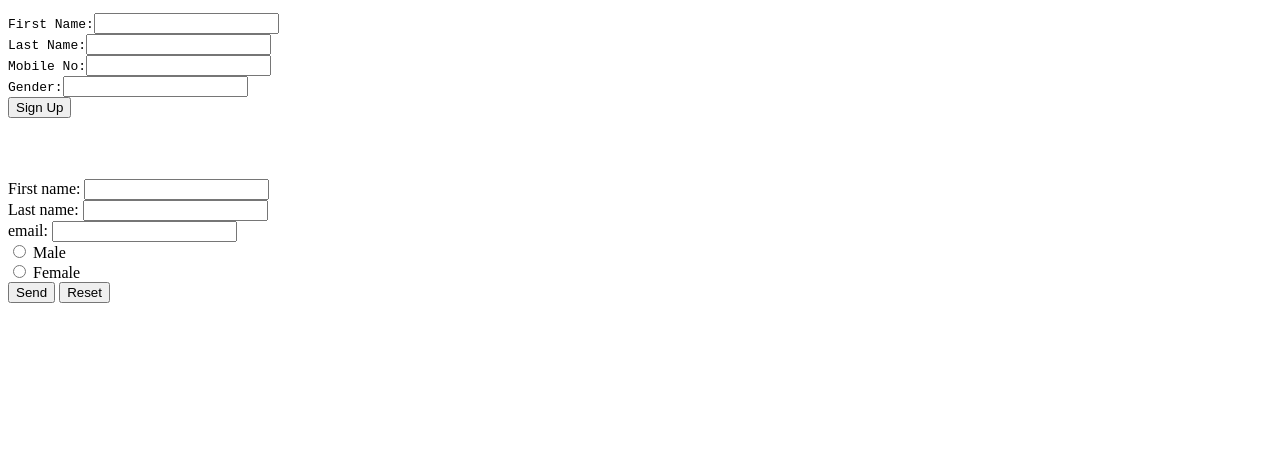
Repository: USChaurasiya/SpringCore
Page: http://localhost/SpringExample/
The author's editor kept a copy of each file at every save. The page is drawn from the files as they stood at one save, then again after the next save.
The browser window is 1280 px wide. The pictures show the whole page.
The page is served by Tomcat 9.

Above is the page before, as saved 2017-02-14 07:15:28.

After the next save:
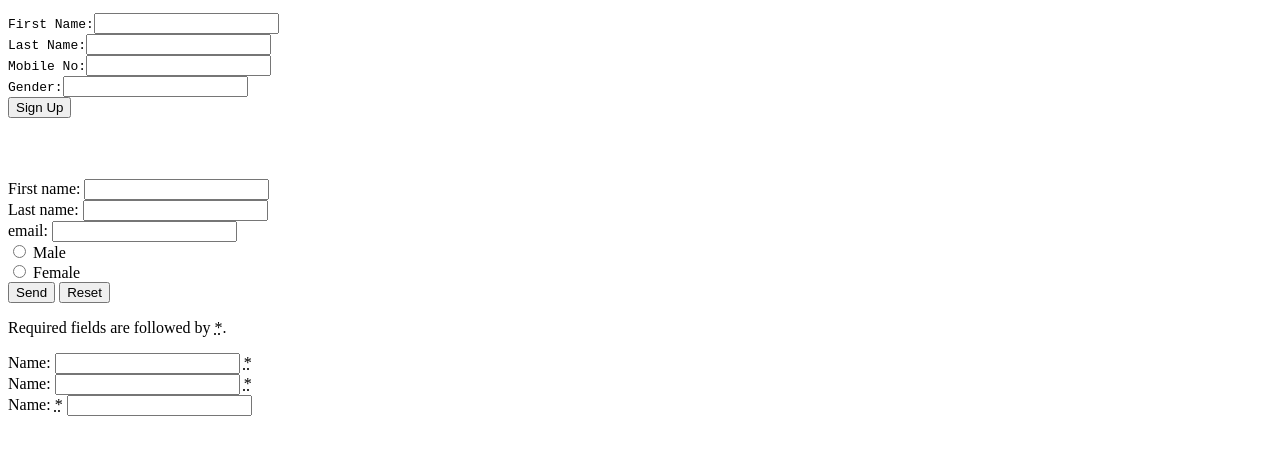
Saved 100 s later.
--- a/SpringExample/WebContent/Signup.jsp
+++ b/SpringExample/WebContent/Signup.jsp
@@ -34,6 +34,29 @@ Gender:<input type="text" name="gender">
     <INPUT type="submit" value="Send"> <INPUT type="reset">
     </P>
  </FORM>
+	<p>Required fields are followed by <abbr title="required">*</abbr>.</p>
+
+<!-- So this: -->
+<div>
+  <label for="username">Name:</label>
+  <input type="text" name="username">
+  <label for="username"><abbr title="required">*</abbr></label>
+</div>
+
+<!-- would be better done like this: -->
+<div>
+  <label for="username">
+    <span>Name:</span>
+    <input id="username" type="text" name="username">
+    <abbr title="required">*</abbr>
+  </label>
+</div>
+
+<!-- But this is probably best: -->
+<div>
+  <label for="username">Name: <abbr title="required">*</abbr></label>
+  <input id="username" type="text" name="username">
+</div>
 
 
 </body>
